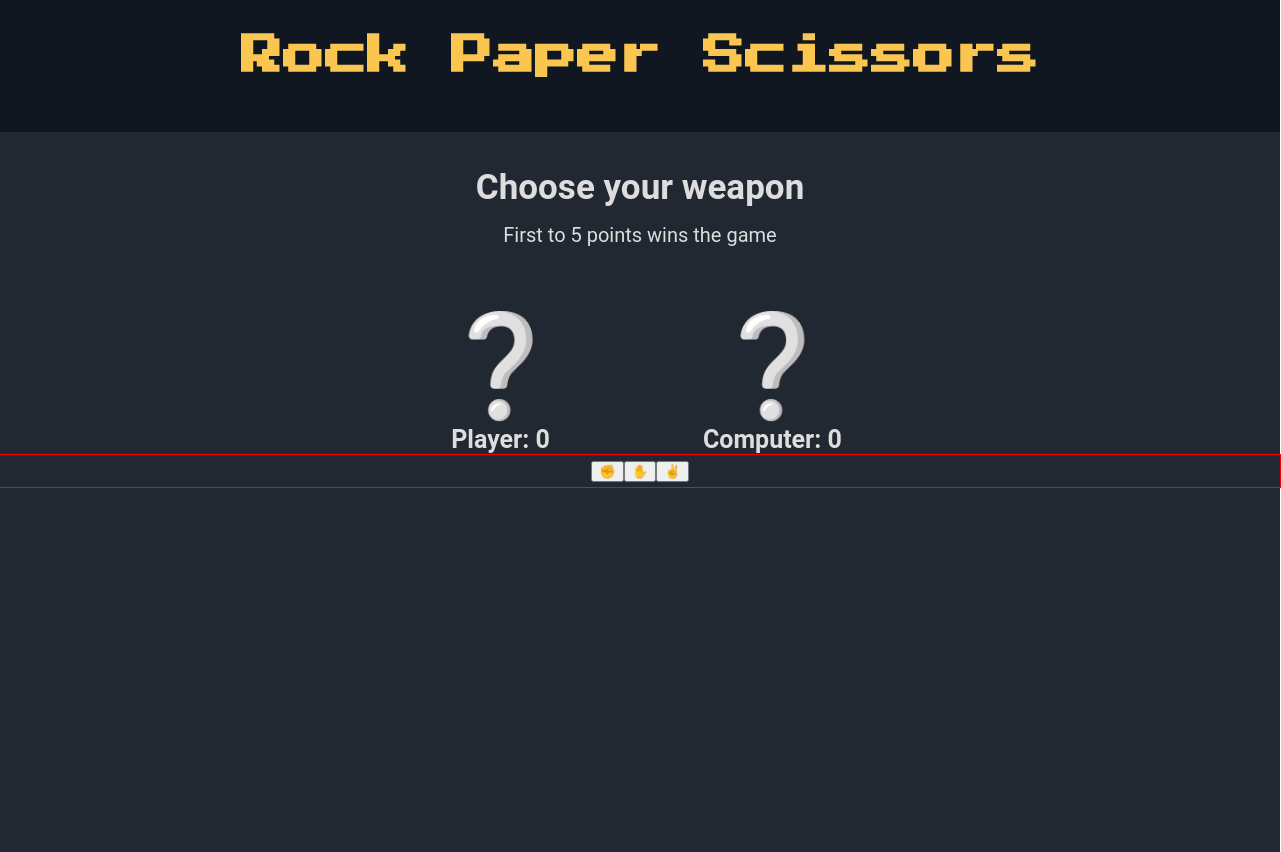
Repository: Aaryan-Poria/Rock-Paper-Scissors
Page: index.html
The author's editor kept a copy of each file at every save. The page is drawn from the files as they stood at one save, then again after the next save.
The browser window is 1280 px wide. The page is 1281 px wide, so the pictures cover 1281 px, including what lies to the right of the window. The pictures show the whole page.

Above is the page before, as saved 2023-08-23 13:19:31.

### index.html
<!DOCTYPE html>
<html lang="en">
  <head>
    <meta charset="UTF-8" />
    <meta name="viewport" content="width=device-width, initial-scale=1.0" />
    <title>Rock Paper Scissors</title>
    <link rel="preconnect" href="https://fonts.googleapis.com" />
    <link rel="preconnect" href="https://fonts.gstatic.com" crossorigin />
    <link
      href="https://fonts.googleapis.com/css2?family=Press+Start+2P&display=swap"
      rel="stylesheet"
    />
    <link rel="stylesheet" href="style.css" />
  </head>

  <body>
    <section class="head">
      <h2>Rock Paper Scissors</h2>
    </section>
    <section class="main">
      <div class="main-text">
        <h3>Choose your weapon</h3>
        <p>First to 5 points wins the game</p>
      </div>
      <div class="text-content">
        <div class="info player">
          <p class="qmark 1">❔</p>
          <p class="score 1">Player: 0</p>
        </div>
        <div class="info comp">
          <p class="qmark 2">❔</p>
          <p class="score 2">Computer: 0</p>
        </div>
      </div>
      <div class="buttons">
        <button class="btn rock">✊</button>
        <button class="btn paper">✋</button>
        <button class="btn scissors">✌</button>
      </div>
    </section>
  </body>
</html>

### style.css
body {
  margin: 0;
  padding: 0;
  display: flex;
  flex-direction: column;
  min-height: 100%;
  min-width: 100%;
}
.head {
  display: flex;
  justify-content: center;
  align-items: center;
  color: #fac650;
  background-color: #111720;
  font-family: "Press Start 2P", cursive;
  height: 7rem;
  font-size: 1.75rem;
  padding-bottom: 20px;
}
.main {
  display: flex;
  flex-grow: 1;
  height: 100vh;
  flex-direction: column;
  background-color: #222831;
  color: #dddddd;
  font-family: "Roboto", sans-serif;
  align-items: center;
  /* border: 1px solid red; */
}

.main-text {
  /* border: 1px solid green; */
  display: flex;
  flex-direction: column;
  justify-content: center;
  align-items: center;
}
.main-text > h3 {
  font-size: 35px;
}
.main-text > p {
  font-size: 20px;
  margin-top: -20px;
}
.text-content {
  display: flex;
  width: 100%;
  /* border: 1px solid yellow; */
  display: flex;
  font-size: 25px;
  font-weight: bold;
  justify-content: center;
  align-items: center;
  gap: 140px;
  margin-top: 40px;
}
.info {
  display: flex;
  flex-direction: column;
  justify-content: center;
  align-items: center;
}
.qmark {
  font-weight: 100;
  margin: 0;
  padding: 0;
  font-size: 100px;
}
.score {
  margin: 0;
}
.buttons {
  display: flex;
  justify-content: center;
  align-items: center;
  border: 1px solid red;
  width: 100%;
  height: 2rem;
}

After the next save:
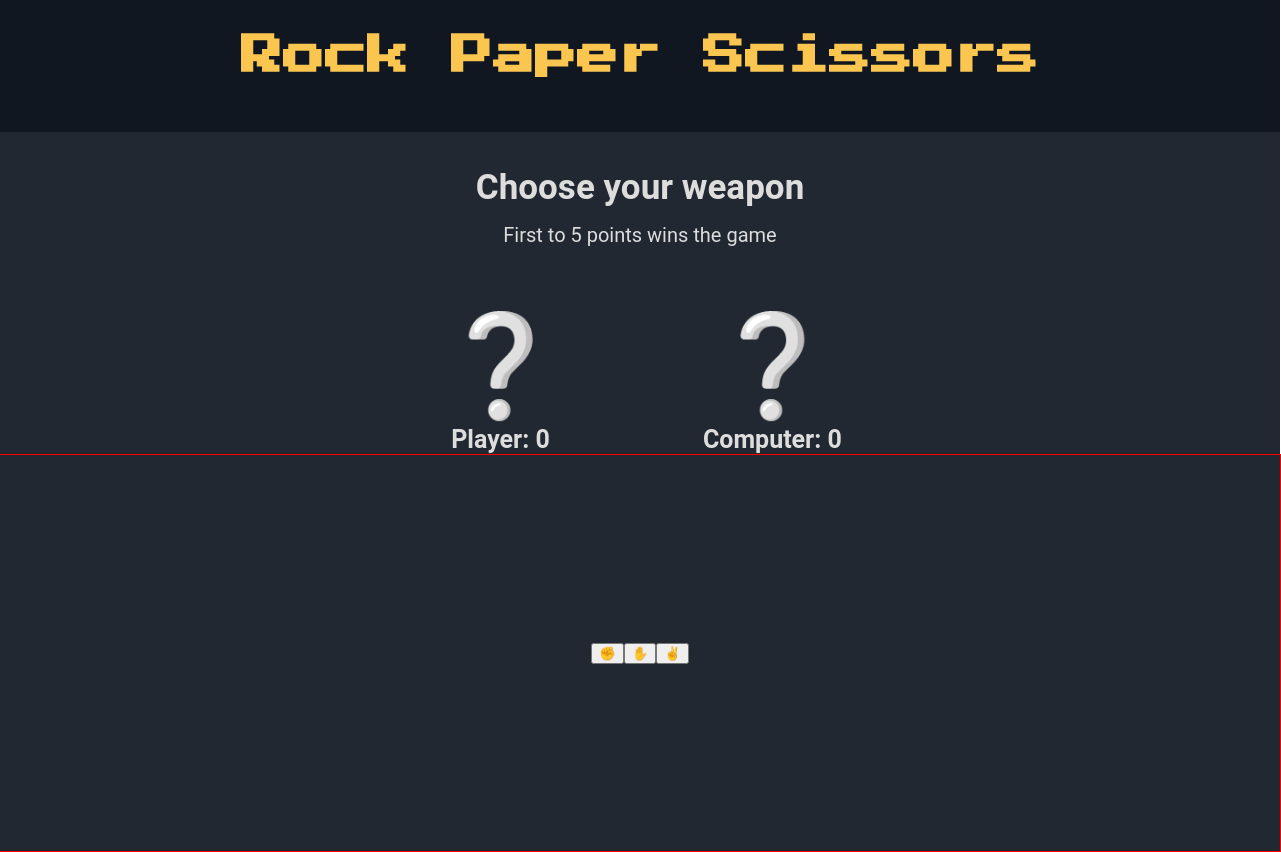
Saved 63 s later.
--- a/style.css
+++ b/style.css
@@ -74,6 +74,7 @@ body {
   display: flex;
   justify-content: center;
   align-items: center;
+  flex: 1;
   border: 1px solid red;
   width: 100%;
   height: 2rem;
